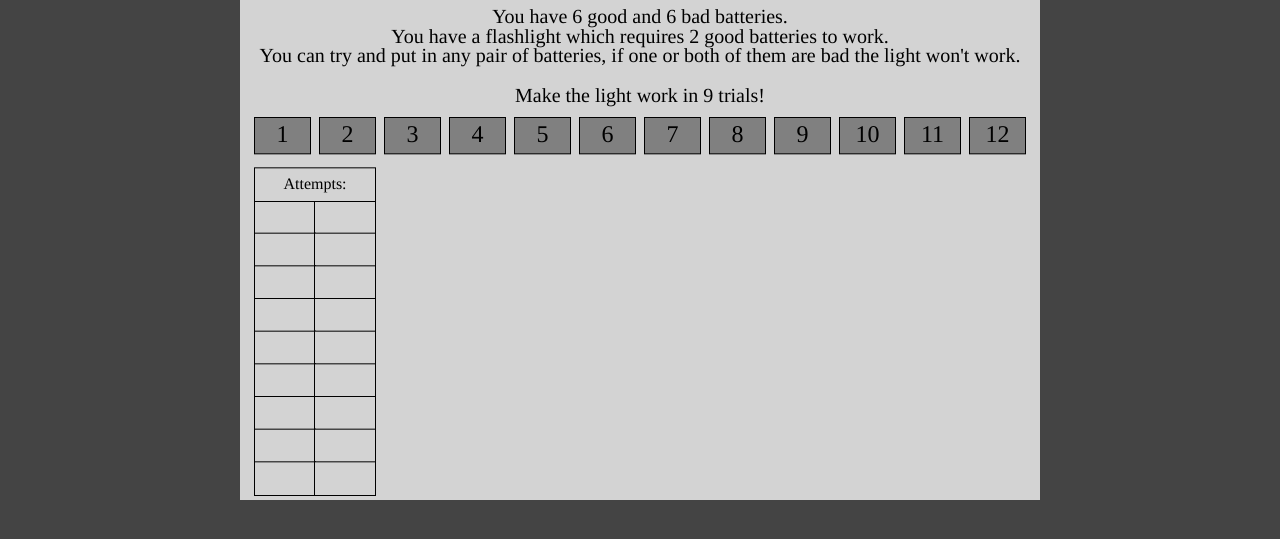
Repository: StevenZsombo/games
Page: docs/batteries/batteries.html
These files come from the project's save history. The page is drawn as it stood at one moment and after the next save; the edit follows.
The browser window is 1280 px wide. The pictures show the whole page.

Above is the page before, as saved 2025-07-04 11:40:14.

After the next save:
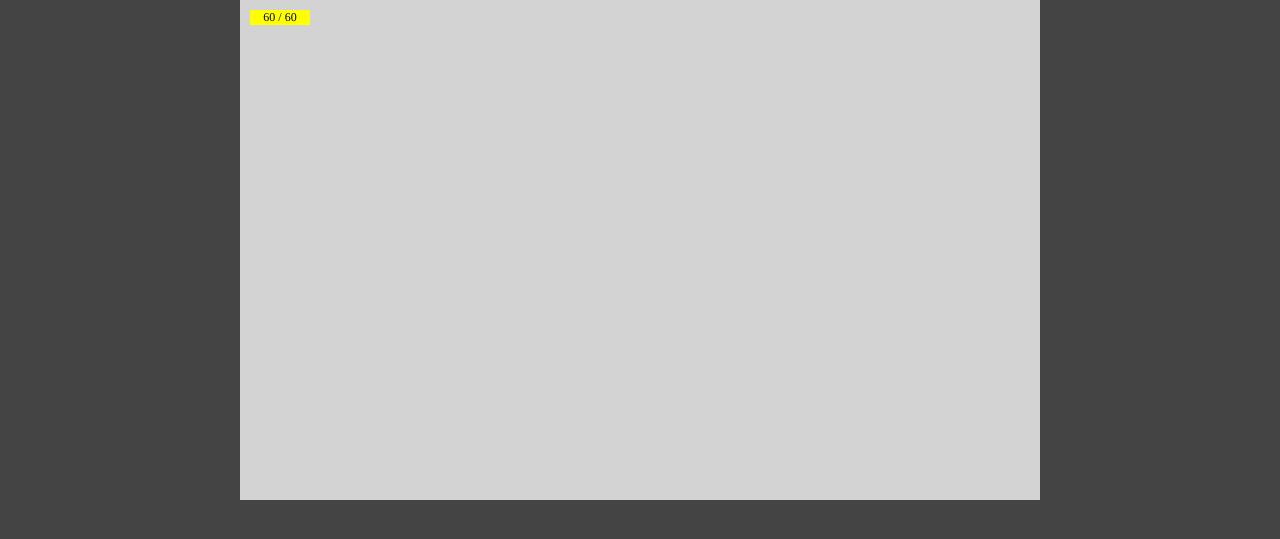
Saved 9 min 22 s later.
--- a/docs/batteries/batteries.html
+++ b/docs/batteries/batteries.html
@@ -64,11 +64,11 @@
       document.getElementById('canvasContainer').classList.toggle('full');
     }
   </script>
-  <script src="../MM.js"></script>
-  <script src="../scripts.js"></script>
-  <script src="../animations.js"></script>
-  <script src="../gui.js"></script>
-  <script src="../batteries.js"></script>
+  <script src="MM.js"></script>
+  <script src="scripts.js"></script>
+  <script src="animations.js"></script>
+  <script src="gui.js"></script>
+  <script src="batteries.js"></script>
 </body>
 
 </html>
